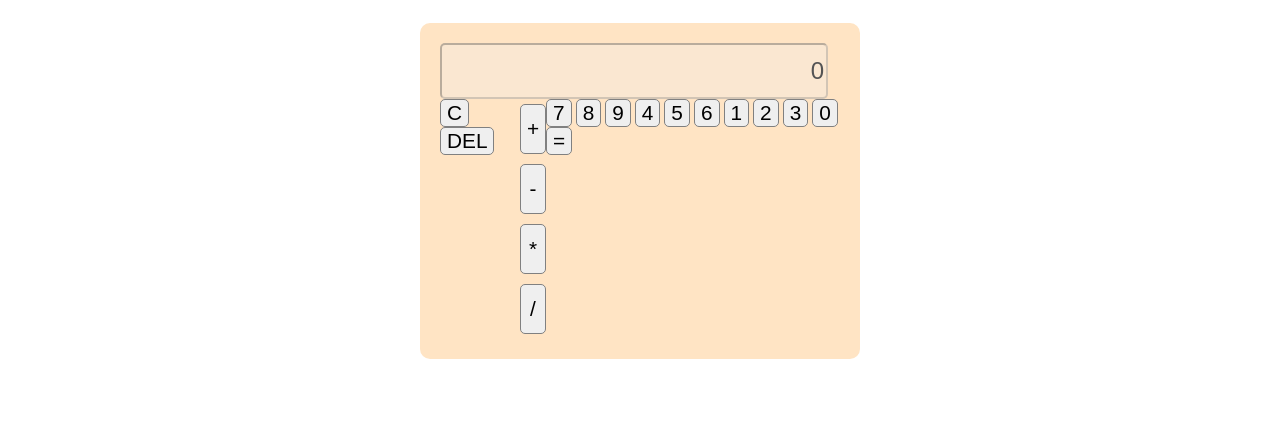
Repository: jaskeat/Calculator
Page: index.html
The author's editor kept a copy of each file at every save. The page is drawn from the files as they stood at one save, then again after the next save.
The browser window is 1280 px wide. The pictures show the whole page.

Above is the page before, as saved 2024-09-05 13:14:03.

After the next save:
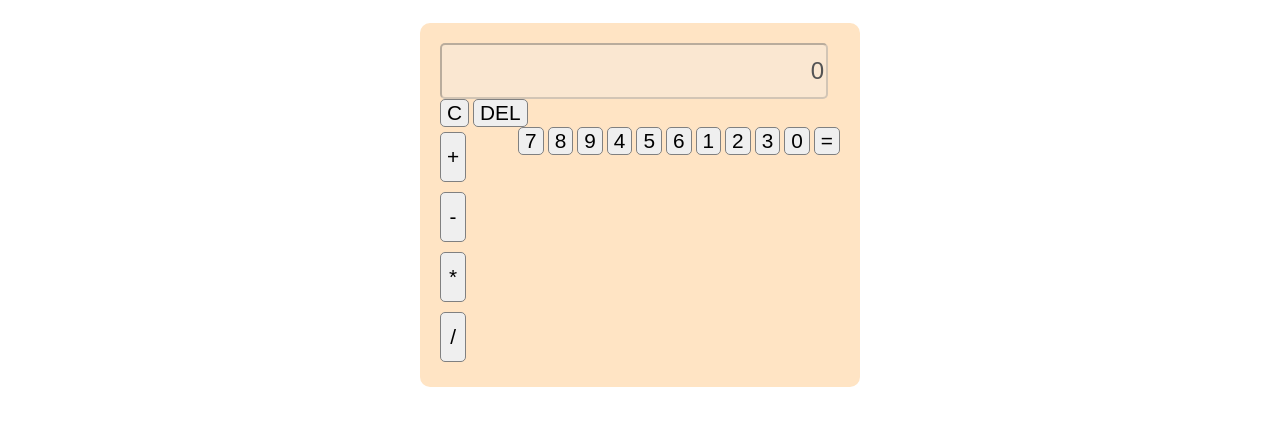
Saved 40 s later.
--- a/index.html
+++ b/index.html
@@ -11,12 +11,13 @@
 			<div class="display">
 				<input type="text" class="display-input" value="0" disabled />
 			</div>
+
+			<div class="extrabtn">
+				<button class="btn" onclick="clearDisplay()">C</button>
+				<button class="btn" onclick="deleteLast()">DEL</button>
+			</div>
+
 			<div class="buttons">
-				<div class="extrabtn">
-					<button class="btn" onclick="clearDisplay()">C</button>
-					<button class="btn" onclick="deleteLast()">DEL</button>
-				</div>
-
 				<div class="operators">
 					<button class="btn" onclick="append('+')">+</button>
 					<button class="btn" onclick="append('-')">-</button>
